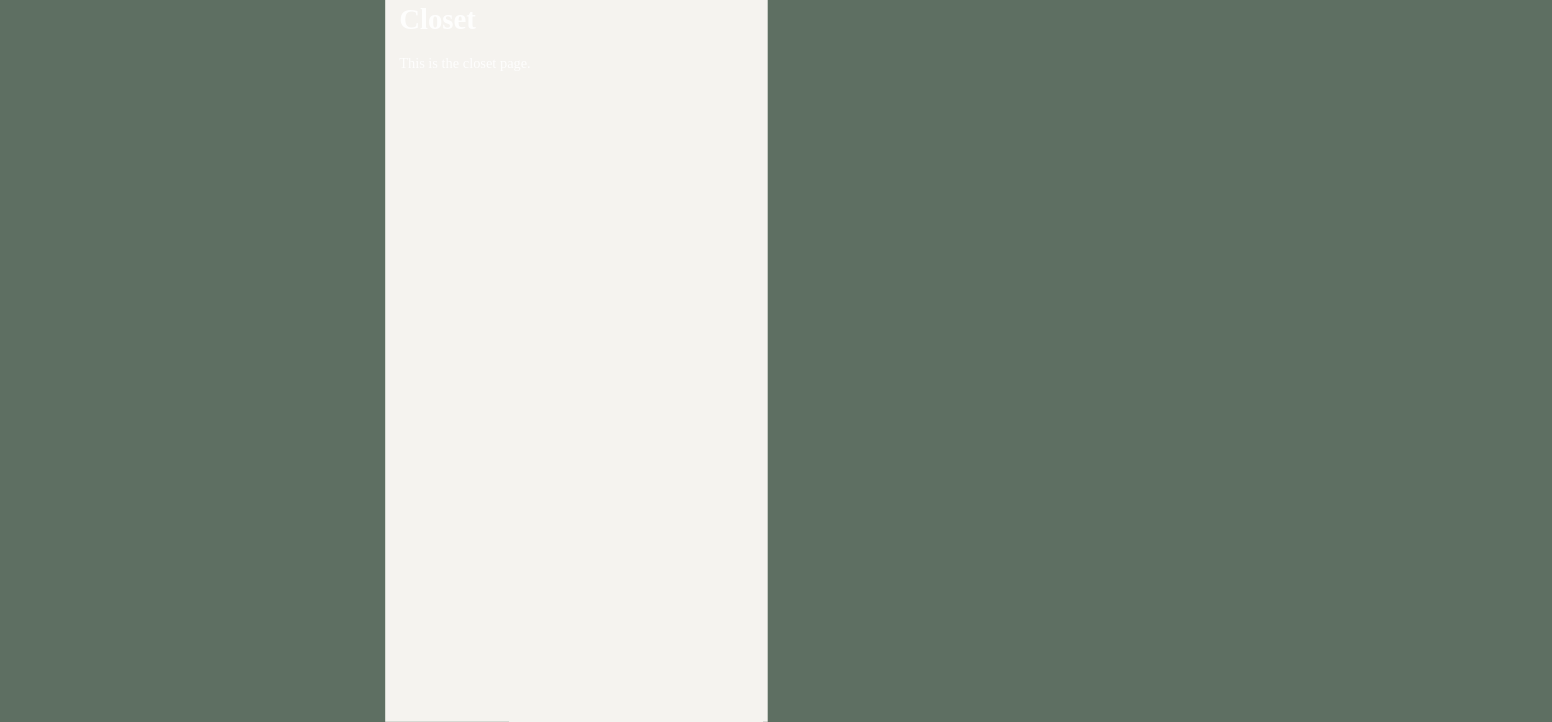
Repository: Strawb3rryjam/app-slotion
Page: /closet
These files come from the project's save history. The page is drawn as it stood at one moment and after the next save; the edit follows.
The browser window is 1280 px wide. The page is 1280 px wide, then 1724 px, so the pictures cover 1724 px, including what lies to the right of the window. The pictures show the whole page, at 90% of full size.
The project was rebuilt for these pictures with package versions that can differ from the ones it lists, and the page was loaded fresh each time. Also part of the build but not shown: vite.config.js, src/App.css. Imported but missing from the stored project, and not drawn on this page: src/pages/Home.

Above is the page before, as saved 2025-05-05 09:08:18.

### src/main.jsx
import { StrictMode } from 'react'
import { createRoot } from 'react-dom/client'
import './index.css'

import { BrowserRouter } from 'react-router-dom'
import App from './App.jsx'

createRoot(document.getElementById('root')).render(
  <StrictMode>
    <BrowserRouter>
      <App />
    </BrowserRouter>
  </StrictMode>
)

### src/index.css
:root {
  color: rgba(255, 255, 255, 0.87);
}

body{
  width: 393px;
  min-height: 852px;
  padding: 16px;
  margin: 0 auto;
  background-color: #F5F3EF;
}


html {
  height: 100%;
  display: flex;
  align-items: center;       /* vertical center */
  justify-content: center;   /* horizontal center */
  background-color: #5E6F62; /* this is the background around your app */
}

### src/App.jsx
import './App.css'
import Home from './pages/Home'
import Closet from './pages/Closet'
import {Routes, Route} from 'react-router-dom'
import NavBar from './components/NavBar'


function App() {
  return (
    <div>
      <NavBar />
      <main className = "main-content">
        <Routes>
          <Route path = "/" element = {<Home />} />
          <Route path = "/closet" element = {<Closet />} />
        </Routes>
      </main>
    </div>

  )
}

export default App

### src/pages/Closet.jsx

function Closet() {
  return (
    <div>
      <h1>Closet</h1>
      <p>This is the closet page.</p>
    </div>
  );
}

export default Closet;

### src/components/NavBar.jsx
import { Link } from "react-router-dom";
import styles from "../css/NavBar.module.css";  // Use this to import styles

/*images*/
import homeIcon from "../assets/Home.svg";
import searchIcon from "../assets/search.svg";
import closetIcon from "../assets/Hanger.svg";
import tipsIcon from "../assets/leaf.svg";
import profileIcon from "../assets/Profile.svg";

function NavBar() {
    return (
        <nav className={styles.navbar}> {/* Use styles.navbar for CSS modules */}
            <div className={styles["navbar-links"]}> {/* Use styles for other classes */}
                <Link to="/" className={styles.Home}>
                    <img src={homeIcon} alt="Home" className={styles["nav-icon"]} />
                </Link>
                <Link to="/Search" className={styles.Search}>
                    <img src={searchIcon} alt="Search" className={styles["nav-icon"]} />
                </Link>
                <Link to="/Closet" className={styles.Closet}>
                    <img src={closetIcon} alt="Closet" className={styles["nav-icon"]} />
                </Link>
                <Link to="/Tips" className={styles.Tips}>
                    <img src={tipsIcon} alt="Tips" className={styles["nav-icon"]} />
                </Link>
                <Link to="/Profile" className={styles.Profile}>
                    <img src={profileIcon} alt="Profile" className={styles["nav-icon"]} />
                </Link>
            </div>
        </nav>
    );
}

export default NavBar;

### src/css/NavBar.module.css
/* The main container that wraps the content and the navbar */
.page-container {
    display: flex;
    flex-direction: column; /* Stack items vertically */
    min-height: 100vh;  /* Ensure the container takes up at least the full height of the viewport */
}

.content {
    flex: 1;  /* This makes the content take up all available space */
}

.navbar {
    background-color: black !important;
    padding: 10px 0;  /* Space above and below the icons */
    width: 100%;      /* Full width of the screen */
}

.navbar-links {
    display: flex;
    justify-content: space-around;  /* Evenly space out the icons */
    align-items: center;  /* Vertically center the icons */
    width: 100%;  /* Ensure the links container takes up full width */
}

.nav-icon {
    width: 24px;  /* Adjust the icon size */
    height: 24px; /* Adjust to match width */
}

Loaded but not shown: index.html (common file)

After the next save:
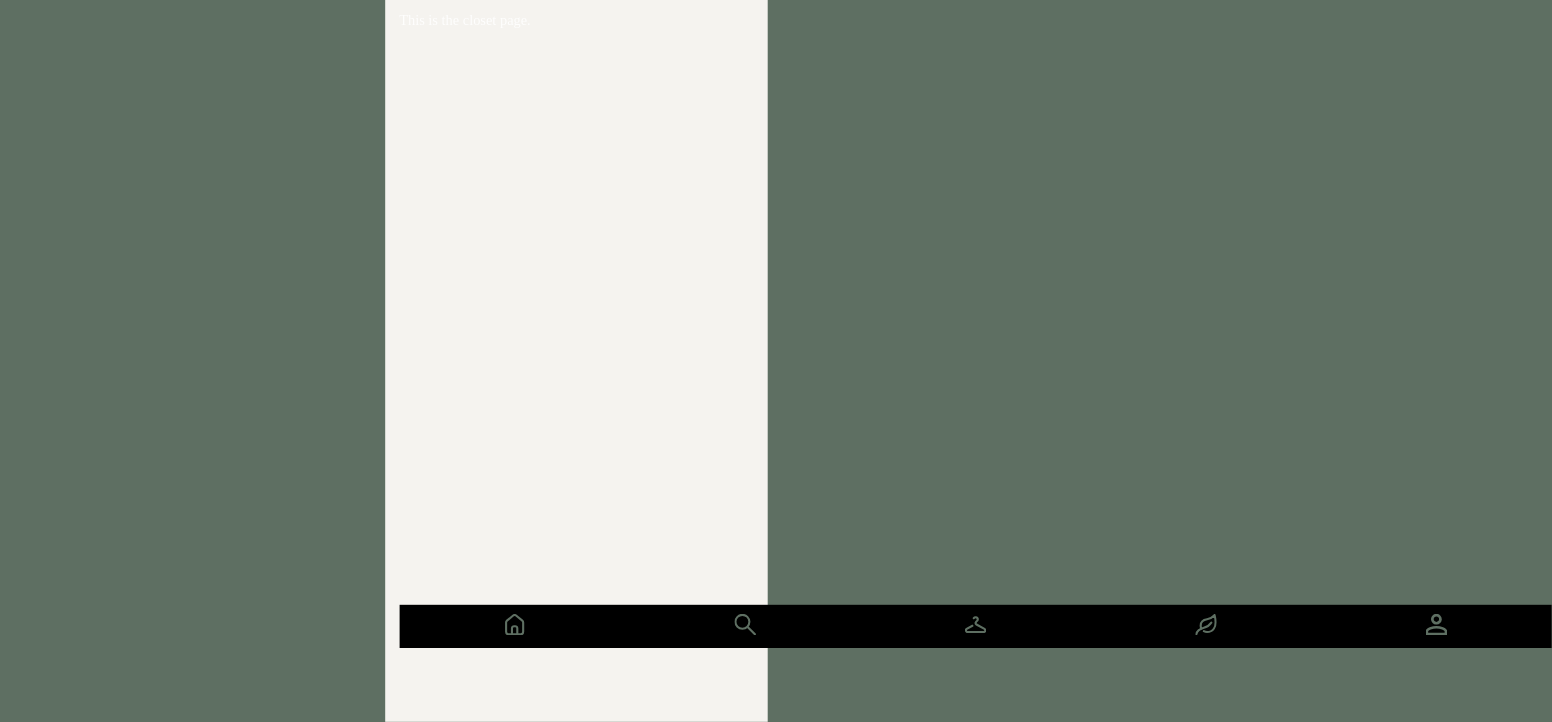
Saved 26 s later.
--- a/src/css/NavBar.module.css
+++ b/src/css/NavBar.module.css
@@ -1,28 +1,32 @@
-/* The main container that wraps the content and the navbar */
+/* This will be the main wrapper */
 .page-container {
     display: flex;
-    flex-direction: column; /* Stack items vertically */
-    min-height: 100vh;  /* Ensure the container takes up at least the full height of the viewport */
+    flex-direction: column; /* Stack content vertically */
+    min-height: 100vh;  /* Ensure container takes at least full viewport height */
+    position: relative; /* Allow absolute positioning inside it */
 }
 
 .content {
-    flex: 1;  /* This makes the content take up all available space */
+    flex: 1;  /* Take up all available space */
 }
 
 .navbar {
     background-color: black !important;
-    padding: 10px 0;  /* Space above and below the icons */
-    width: 100%;      /* Full width of the screen */
+    padding: 10px 0;
+    width: 100%;
+    position: absolute; /* Position the navbar absolutely within the container */
+    bottom: 0;          /* Stick it to the bottom */
+    z-index: 1000;      /* Ensure it stays above other content */
 }
 
 .navbar-links {
     display: flex;
-    justify-content: space-around;  /* Evenly space out the icons */
+    justify-content: space-around;  /* Space out the icons evenly */
     align-items: center;  /* Vertically center the icons */
-    width: 100%;  /* Ensure the links container takes up full width */
+    width: 100%;
 }
 
 .nav-icon {
     width: 24px;  /* Adjust the icon size */
-    height: 24px; /* Adjust to match width */
+    height: 24px;
 }
